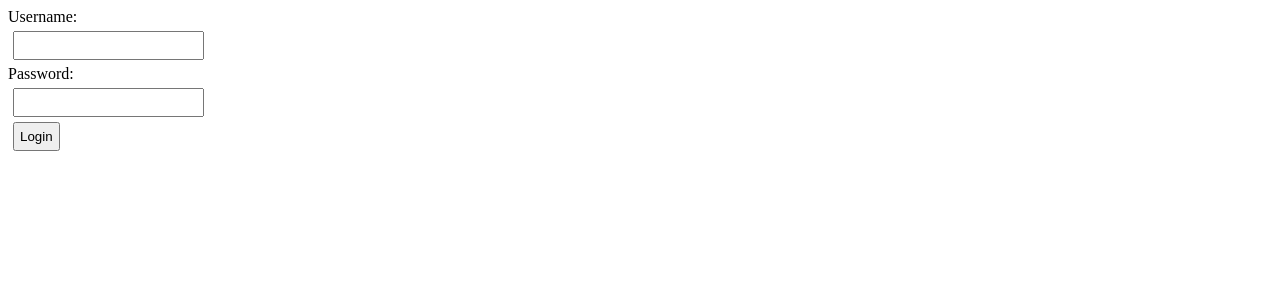
Repository: ajinzrathod/jsp-login
Page: http://localhost/login/
These files come from the project's save history. The page is drawn as it stood at one moment and after the next save; the edit follows.
The browser window is 1280 px wide. The pictures show the whole page.
The page is served by Tomcat 10.

Above is the page before, as saved 2021-05-28 08:28:18.

After the next save:
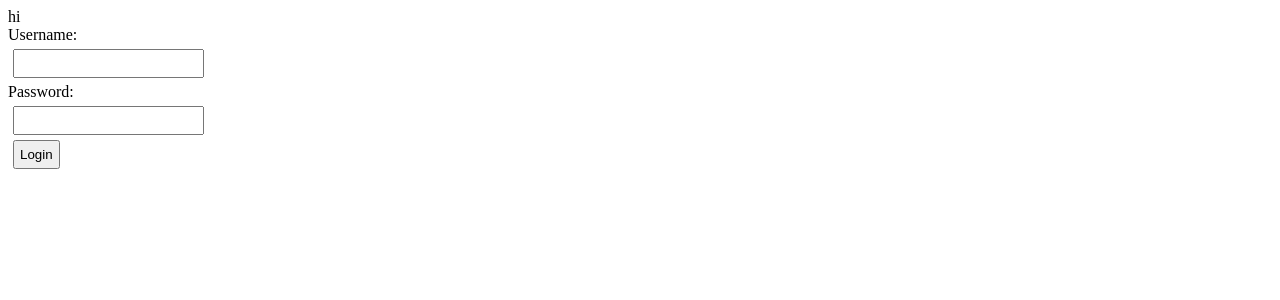
Saved 51 s later.
--- a/login/src/main/webapp/index.jsp
+++ b/login/src/main/webapp/index.jsp
@@ -15,6 +15,7 @@
 </style>
 </head>
 <body>
+hi
 	<% if(session.getAttribute("can_login")!=null && Boolean.TRUE.equals(session.getAttribute("can_login"))) { %>
 		<p>Login status: ${can_login}</p>
 		<p>Signed in Successfully.</p>

After the 2 saves that followed:
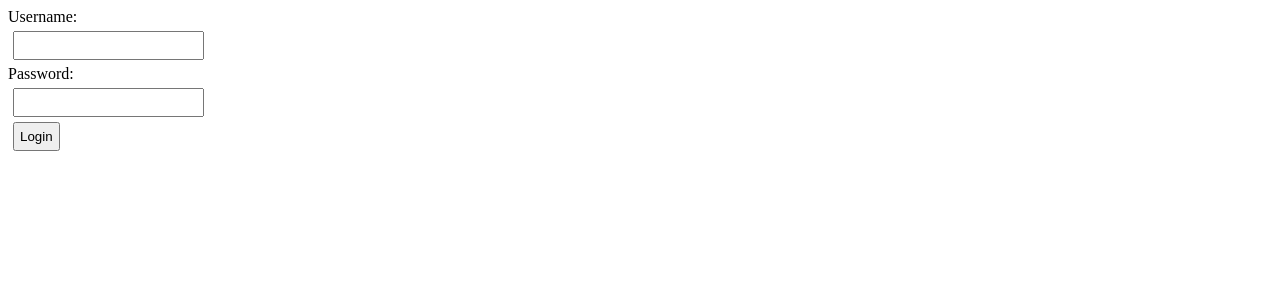
The 2 saves are shown as one change because 1 left the picture as it was.
The last was saved 39 s later.
--- a/login/src/main/webapp/index.jsp
+++ b/login/src/main/webapp/index.jsp
@@ -15,7 +15,6 @@
 </style>
 </head>
 <body>
-hi
 	<% if(session.getAttribute("can_login")!=null && Boolean.TRUE.equals(session.getAttribute("can_login"))) { %>
 		<p>Login status: ${can_login}</p>
 		<p>Signed in Successfully.</p>
@@ -25,7 +24,7 @@
 		<p>Incorrect Credentials</p>
 		<% } %>
 		<div>
-			<form action="/login" method="post">
+			<form action="login" method="post">
 				Username: <input type="text" name="username" class="inp-field">
 				Password: <input type="password" name="password" class="inp-field">
 				<input type="submit" class="inp-field" value="Login">
